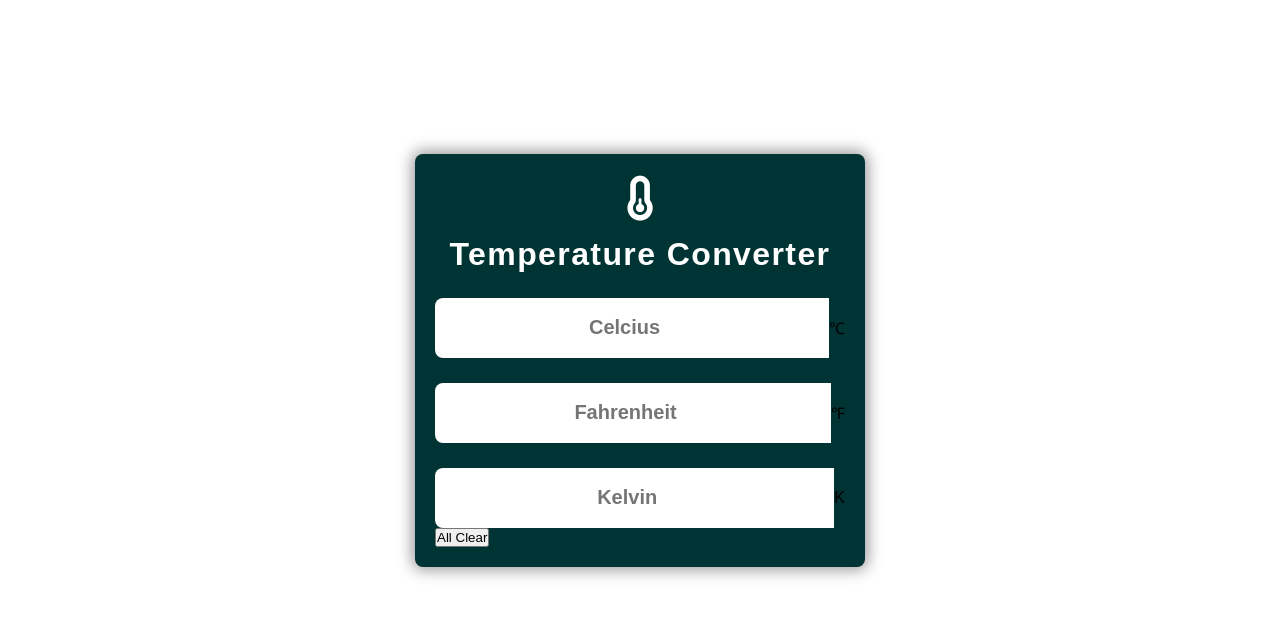
Repository: kiranjeetkaur01/tempconverter.github.io
Page: index.html
An editor plug-in stored every save of this project. The page is shown before and after the next save, followed by the edit.
The browser window is 1280 px wide. The pictures show the whole page.

Above is the page before, as saved 2023-09-27 12:50:20.

After the next save:
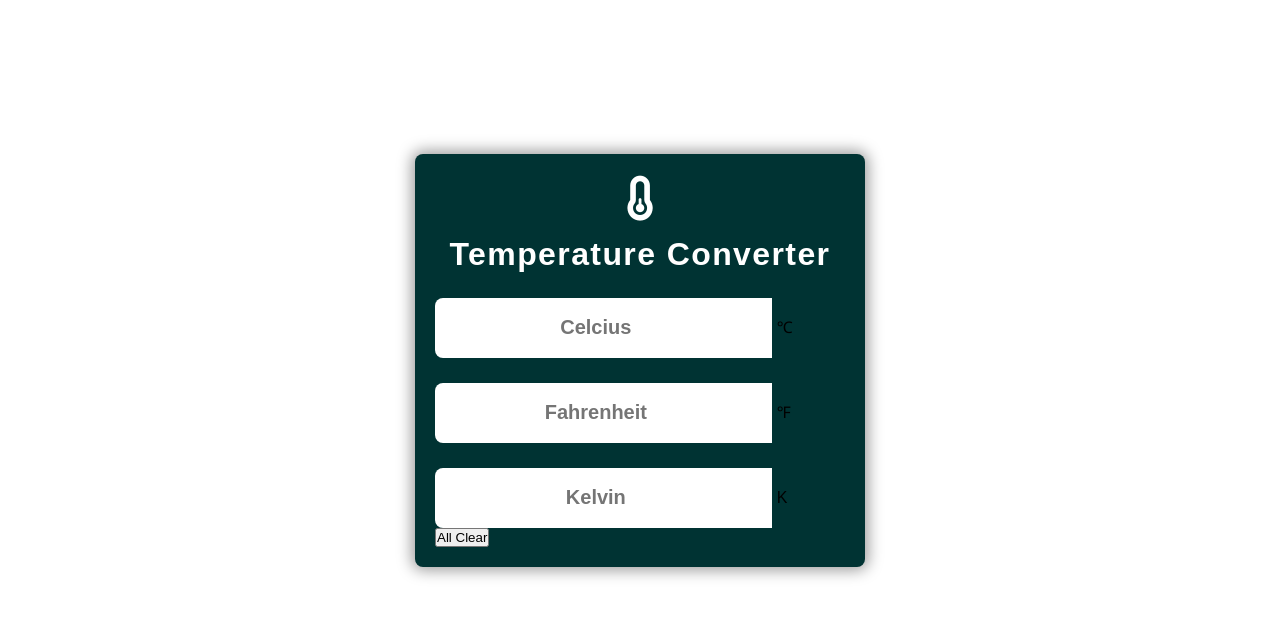
Saved 98 s later.
--- a/style.css
+++ b/style.css
@@ -53,3 +53,9 @@ input {
   border-radius: 8px 0 0 8px;
   padding: 0 10px;
 }
+.icon {
+  flex: 1;
+  height: 60px;
+  line-height: 60px;
+  padding: 0 5px;
+}
